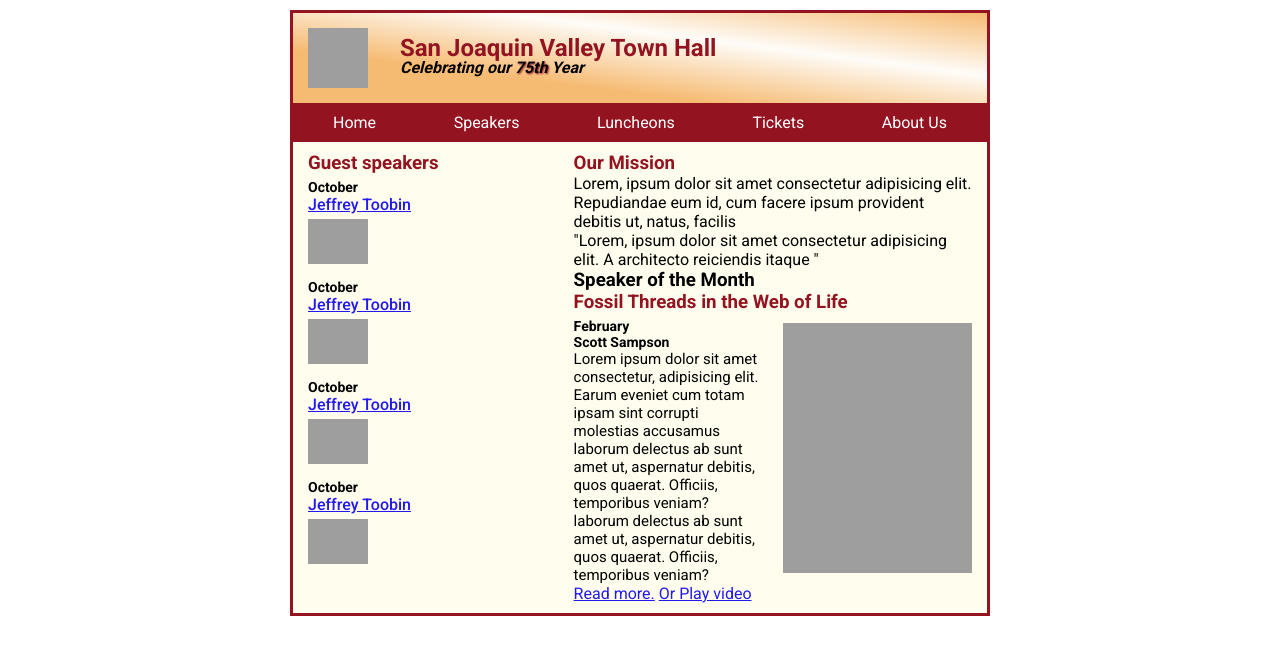
Repository: Mannj-nef/ex-5-6-7-8_IvVettech
Page: index.html
An editor plug-in stored every save of this project. The page is shown before and after the next save, followed by the edit.
The browser window is 1280 px wide. The pictures show the whole page.
Pictures or frames that could not be fetched are drawn as grey boxes.

Above is the page before, as saved 2022-03-24 22:57:27.

### index.html
<!DOCTYPE html>
<html lang="en">
  <head>
    <meta charset="UTF-8" />
    <meta http-equiv="X-UA-Compatible" content="IE=edge" />
    <meta name="viewport" content="width=device-width, initial-scale=1.0" />
    <link rel="stylesheet" href="./Asset/style.css" />
    <link rel="preconnect" href="https://fonts.googleapis.com" />
    <link rel="preconnect" href="https://fonts.gstatic.com" crossorigin />
    <link
      href="https://fonts.googleapis.com/css2?family=Roboto:wght@300;400;500;700&display=swap"
      rel="stylesheet"
    />
    <title>Exercise5-6</title>
    <link
      rel="shortcut icon"
      href="https://iviettech.vn/wp-content/themes/viettech/img/front/favicon.ico"
      type="image/x-icon"
    />
  </head>
  <body>
    <div id="app">
      <header id="header">
        <div class="header-top">
          <div class="header-image__wrapper">
            <img
              src="https://source.unsplash.com/random"
              alt=""
              class="header-image"
            />
          </div>
          <div class="header-main">
            <h2 class="header-main__title">San Joaquin Valley Town Hall</h2>
            <p class="header-main__decs">
              Celebrating our
              <span class="header-main__decs-b"
                >75 <span class="header-main__decs-c">th</span>
              </span>
              Year
            </p>
          </div>
        </div>
        <div class="header-nav">
          <ul class="header-nav__list">
            <li class="header-nav__item">
              <a href="" class="header-nav__link">Home</a>
            </li>
            <li class="header-nav__item">
              <a href="" class="header-nav__link">Speakers</a>
            </li>
            <li class="header-nav__item">
              <a href="" class="header-nav__link">Luncheons</a>
            </li>
            <li class="header-nav__item">
              <a href="" class="header-nav__link">Tickets</a>
            </li>
            <li class="header-nav__item">
              <a href="" class="header-nav__link">About Us</a>
            </li>
          </ul>
        </div>
      </header>
      <section id="content">
        <div class="content-left">
          <h3 class="content-title">Guest speakers</h3>

          <div class="content-left__member">
            <p class="content__member-month">October</p>
            <a href="" class="content-left__member-link">Jeffrey Toobin</a>
            <div class="content-left__member-avata-wrapper">
              <img
                src="https://source.unsplash.com/random"
                alt=""
                class="content-left__member-avata"
              />
            </div>
          </div>
          <div class="content-left__member">
            <p class="content__member-month">October</p>
            <a href="" class="content-left__member-link">Jeffrey Toobin</a>
            <div class="content-left__member-avata-wrapper">
              <img
                src="https://source.unsplash.com/random"
                alt=""
                class="content-left__member-avata"
              />
            </div>
          </div>
          <div class="content-left__member">
            <p class="content__member-month">October</p>
            <a href="" class="content-left__member-link">Jeffrey Toobin</a>
            <div class="content-left__member-avata-wrapper">
              <img
                src="https://source.unsplash.com/random"
                alt=""
                class="content-left__member-avata"
              />
            </div>
          </div>
          <div class="content-left__member">
            <p class="content__member-month">October</p>
            <a href="" class="content-left__member-link">Jeffrey Toobin</a>
            <div class="content-left__member-avata-wrapper">
              <img
                src="https://source.unsplash.com/random"
                alt=""
                class="content-left__member-avata"
              />
            </div>
          </div>
        </div>
        <div class="content-right">
          <div class="content-right__top">
            <h3 class="content-title">Our Mission</h3>
            <p class="constent-right__desc">
              Lorem, ipsum dolor sit amet consectetur adipisicing elit.
              Repudiandae eum id, cum facere ipsum provident debitis ut, natus,
              facilis
            </p>
            <p class="constent-right__desc-sub">
              "Lorem, ipsum dolor sit amet consectetur adipisicing elit. A
              architecto reiciendis itaque "
            </p>
            <h3 class="constent-right-title">Speaker of the Month</h3>
          </div>
          <div class="content-right__center">
            <h3 class="content-title">Fossil Threads in the Web of Life</h3>
            <div class="content-right__center-wrapper">
              <div class="content-right__center-left">
                <h3 class="content__member-month center-left_title">
                  <p>February</p>
                  Scott Sampson
                </h3>
                <p class="content-left__center-desc">
                  Lorem ipsum dolor sit amet consectetur, adipisicing elit.
                  Earum eveniet cum totam ipsam sint corrupti molestias
                  accusamus laborum delectus ab sunt amet ut, aspernatur
                  debitis, quos quaerat. Officiis, temporibus veniam? laborum
                  delectus ab sunt amet ut, aspernatur debitis, quos quaerat.
                  Officiis, temporibus veniam?
                </p>
                <a href="" class="content-left__center-link">Read more.</a>
                <a href="" class="content-left__center-link">Or Play video</a>
              </div>
              <div class="constent-right__center-right">
                <img
                  src="https://source.unsplash.com/random"
                  alt=""
                  class="constent-right__center-right_img"
                />
              </div>
            </div>
          </div>
        </div>
      </section>
    </div>
  </body>
</html>

### Asset/style.css
* {
  margin: 0;
  padding: 0;
  box-sizing: border-box;
}
html {
  font-family: "Roboto", sans-serif;
}
:root {
  --prymary-color: #931420;
  --white-color: #fff;
  --yellow-color: #ebc700;
  --blue-color: #2119ee;
  --size: 60px;
}

#app {
  margin: 10px auto;
  width: 700px;
  border: 3px solid var(--prymary-color);
}

#header {
}
.header-top {
  padding: 15px;
  display: flex;
  align-items: center;
  background-image: linear-gradient(
    to right top,
    #f6bb73 30%,
    #fefcf8,
    #f6bb73
  );
}
.header-image__wrapper {
  width: var(--size);
  height: var(--size);
  margin-right: 2em;
}
.header-image {
  width: 100%;
  height: 100%;
  object-fit: cover;
}
.header-main {
  line-height: 20px;
}
.header-main__title {
  color: var(--prymary-color);
}
.header-main__decs {
  color: #000;
  font-weight: 600;
  font-style: italic;
}
.header-main__decs-b {
  display: inline-flex;
  text-shadow: 1px 1px 2px var(--prymary-color);
}
.header-nav {
  background-color: var(--prymary-color);
}
.header-nav__list {
  list-style: none;
  display: flex;
  justify-content: space-between;
  padding: 0 20px;
}
.header-nav__item {
  padding: 10px 20px;
}
.header-nav__link {
  font-weight: 400;
  text-decoration: none;
  color: var(--white-color);
}
.header-nav__item:hover .header-nav__link {
  color: var(--yellow-color);
}

#content {
  background-color: #fffded;
  padding: 10px 15px;
  display: flex;
}

.content-left {
  width: 40%;
}
.content-title {
  color: var(--prymary-color);
}
.content-left__member {
}
.content__member-month {
  margin-top: 5px;
  font-size: 14px;
  font-weight: 600;
}
.content-left__member-link {
  font-weight: 500;
  color: var(--blue-color);
}
.content-left__member-avata-wrapper {
  width: var(--size);
  height: var(--size);
  display: flex;
  padding-top: 5px;
  padding-bottom: 10px;
}
.content-left__member-avata {
  width: 100%;
  height: 100%;
}
.content-right {
  width: 60%;
}
.content-right__desc-sub {
  padding: 5px 20px;
}
.content-right-title {
  margin: 8px 0;
  font-weight: 600;
  color: #000;
  border-bottom: 3px solid var(--prymary-color);
}

.content-left__center {
  padding: 0 0 10px;
  border-bottom: 3px solid var(--prymary-color);
}

.content-right__center-wrapper {
  display: flex;
}

.content-right__center-left {
  flex: 1;
}
.center-left_title {
  margin-right: 10px;
}
.content-left__center-desc {
  font-size: 15px;
  line-height: 1.2;
}
.content-left__center-link {
  color: var(--blue-color);
}
.constent-right__center-right {
  margin: 10px 0 0 20px;
  width: 100px;
  height: 250px;
  display: flex;
  flex: 1;
}
.constent-right__center-right_img {
  width: 100%;
  height: 100%;
}

After the next save:
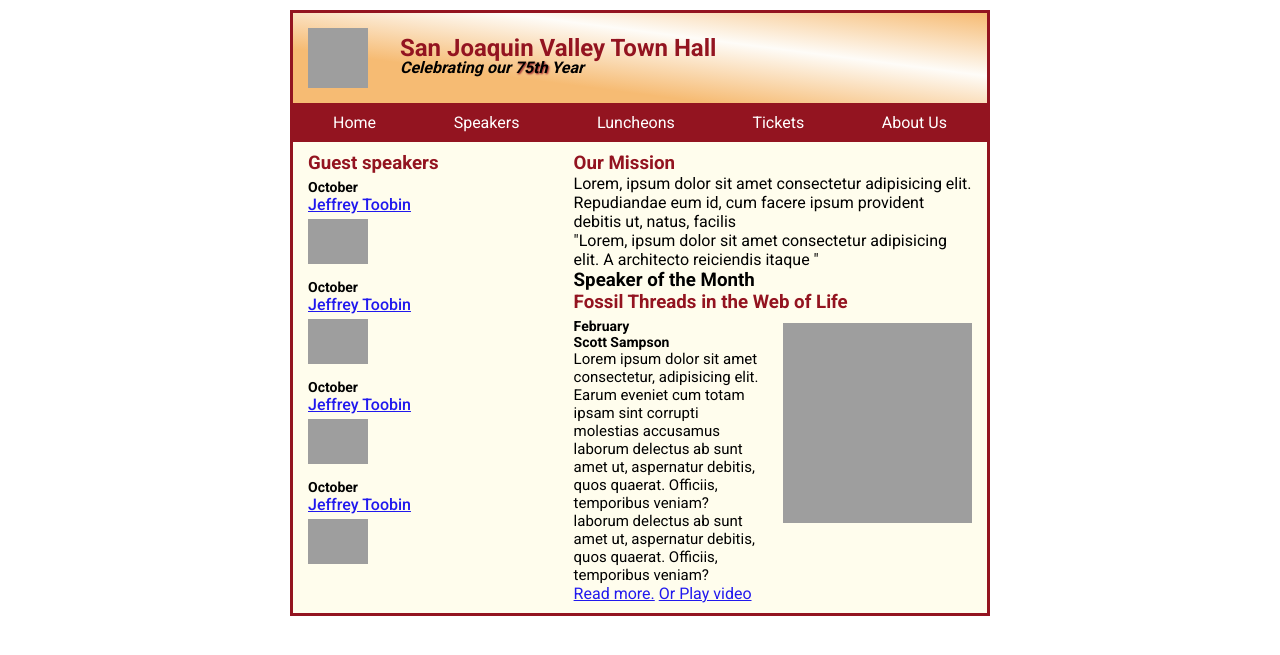
Saved 12 s later.
--- a/Asset/style.css
+++ b/Asset/style.css
@@ -151,7 +151,7 @@ html {
 .constent-right__center-right {
   margin: 10px 0 0 20px;
   width: 100px;
-  height: 250px;
+  height: 200px;
   display: flex;
   flex: 1;
 }
